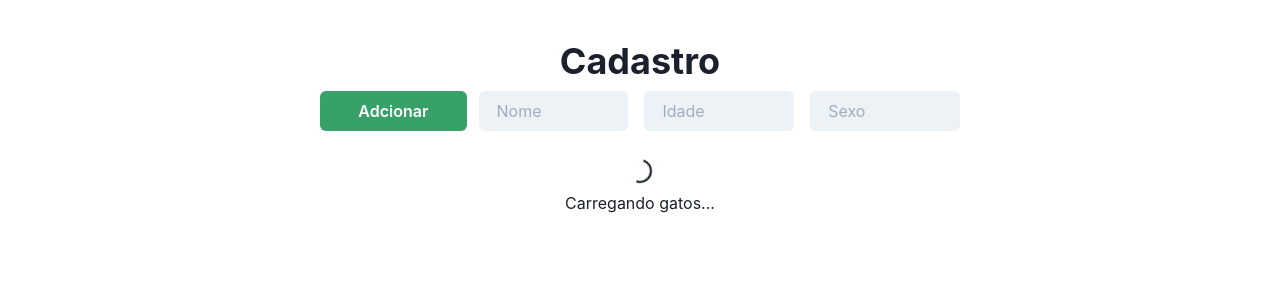
Repository: thislucasme/front-end-cats-react.js
Page: /cadastro
An editor plug-in stored every save of this project. The page is shown before and after the next save, followed by the edit.
The browser window is 1280 px wide. The pictures show the whole page.
The page's requests for data from a server got no answer. The project was rebuilt for these pictures with package versions that can differ from the ones it lists, and the page was loaded fresh each time. No one was signed in, and anything a server would have sent is missing.

Above is the page before, as saved 2021-10-27 15:36:47.

### src/index.tsx
import { ColorModeScript } from "@chakra-ui/react"
import * as React from "react"
import ReactDOM from "react-dom"
import { App } from "./App"
import reportWebVitals from "./reportWebVitals"
import * as serviceWorker from "./serviceWorker"
import { ChakraProvider, theme } from '@chakra-ui/react'

ReactDOM.render(
  <React.StrictMode>
    <ColorModeScript />
    <ChakraProvider theme={theme}>
      <App />
    </ChakraProvider>
  </React.StrictMode>,
  document.getElementById("root"),
)

// If you want your app to work offline and load faster, you can change
// unregister() to register() below. Note this comes with some pitfalls.
// Learn more about service workers: https://cra.link/PWA
serviceWorker.unregister()

// If you want to start measuring performance in your app, pass a function
// to log results (for example: reportWebVitals(console.log))
// or send to an analytics endpoint. Learn more: https://bit.ly/CRA-vitals
reportWebVitals()

### src/App.tsx
import React from "react";
import { Cadastro } from "./pages/cadastro.gatos";
import { Principal } from "./pages/principal";

export const App: React.FC = () => {
  return (
    <Cadastro />
  );
}

### src/pages/cadastro.gatos.tsx
import { Button, Flex, Input, Container, Heading, VStack, Center } from "@chakra-ui/react";
import axios from "axios";
import React, { useState } from "react";
import { Lista } from "../components/lista.gatos";
import useSWR from "swr";
export const Cadastro = () => {
	const [nome, setNome] = useState("");
	const [idade, setIdade] = useState("");
	const [sexo, setSexo] = useState("");


	const apiRequest = (url: string) => axios.get(url).then(response => response.data);

	//get all data
	const { data, error, mutate } = useSWR('http://localhost:3000/cats', apiRequest);

	const salvar = () => {

		const dadosTemp = {
			nome: nome,
			idade: Number(idade),
			sexo: sexo
		}

		axios.post('http://localhost:3000/cats/cat', dadosTemp)
			.then(result => {
				console.log("salvo");
				mutate();

			}).catch(error => {
				console.log("erro ao salvar")
			});
	}
	function onDeleteGato(id: number) {
		axios.delete('http://localhost:3000/cats/' + id)
			.then(response => {
				mutate();
			})
	}

	return (
		<Center>
			<VStack w="50%">
				<Heading mt={10}>Cadastro</Heading>
				<Flex w="full" mt={5}>
					<Button mr={3} w="full" colorScheme="green" onClick={() => { salvar() }}>Adcionar</Button>
					<Input valule={nome} onChange={(e) => { setNome(e.target.value) }} variant="filled" placeholder="Nome" />
					<Input valule={idade} onChange={(e) => { setIdade(e.target.value) }} ml={4} variant="filled" placeholder="Idade" />
					<Input valule={sexo} onChange={(e) => { setSexo(e.target.value) }} ml={4} variant="filled" placeholder="Sexo" />
				</Flex>

				<Lista gatos={data} onDelete={onDeleteGato} error={error} />
			</VStack>
		</Center>
	);
}

### src/components/lista.gatos.tsx
import React from "react";
import { Button, Table, Tbody, Td, Th, Thead, Tr, Image, Spinner, VStack, Text, AlertIcon, Alert } from "@chakra-ui/react";
import { Cat } from "../cat.interface";


type Props = {
	gatos: Array<any>,
	error: any,
	onDelete: (id: number) => void
}

export const Lista = (props: Props) => {


	if (!props.gatos) return (
		<VStack>
			<Spinner mt={5} />
			<Text>Carregando gatos...</Text>
		</VStack>
	);

	if (props.error) {
		return (
			<Alert status="error">
				<AlertIcon />
				Ocorreu um erro
			</Alert>
		);
	}

	return (
		<Table mt={5} variant="simple">
			<Thead>
				<Tr>
					<Th>ID</Th>
					<Th>Nome</Th>
					<Th>Idade</Th>
					<Th>Sexo</Th>
					<Th>Ação</Th>
				</Tr>
			</Thead>
			<Tbody>
				{
					props.gatos?.map((res: Cat) => (
						<Tr key={res.idGato} color={"gray"} fontSize={"md"}>
							<Td>{res.idGato}</Td>
							<Td>{res.nome}</Td>
							<Td>{res.idade}</Td>
							<Td>{res.sexo}</Td>
							<Td><Button ml={4} variant={"ghost"} onClick={() => { props.onDelete(res.idGato) }}><Image src="https://i.ibb.co/89zmrZs/delete.png" /></Button></Td>
						</Tr>
					)).reverse()
				}

			</Tbody>

		</Table>
	);
}

Loaded but not shown: public/index.html (common file); src/reportWebVitals.ts (common file); src/serviceWorker.ts (common file)

After the next save:
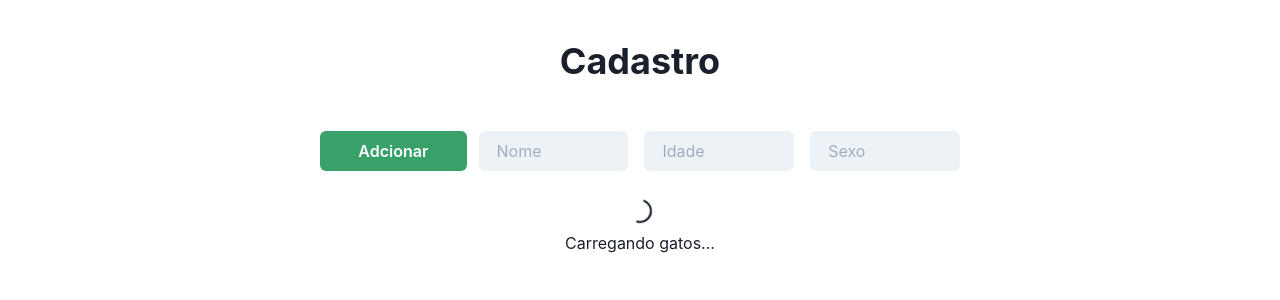
Saved 6 s later.
--- a/src/pages/cadastro.gatos.tsx
+++ b/src/pages/cadastro.gatos.tsx
@@ -41,7 +41,7 @@ export const Cadastro = () => {
 	return (
 		<Center>
 			<VStack w="50%">
-				<Heading mt={10}>Cadastro</Heading>
+				<Heading my={10}>Cadastro</Heading>
 				<Flex w="full" mt={5}>
 					<Button mr={3} w="full" colorScheme="green" onClick={() => { salvar() }}>Adcionar</Button>
 					<Input valule={nome} onChange={(e) => { setNome(e.target.value) }} variant="filled" placeholder="Nome" />
